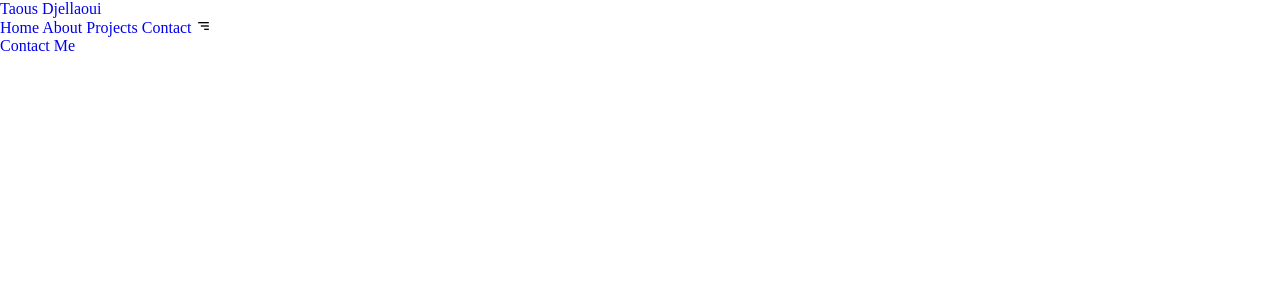
Repository: taousdjellaoui/portfolio-
Page: portfolio/index.html
These files come from the project's save history. The page is drawn as it stood at one moment and after the next save; the edit follows.
The browser window is 1280 px wide. The pictures show the whole page.

Above is the page before, as saved 2024-09-23 20:29:37.

After the next save:
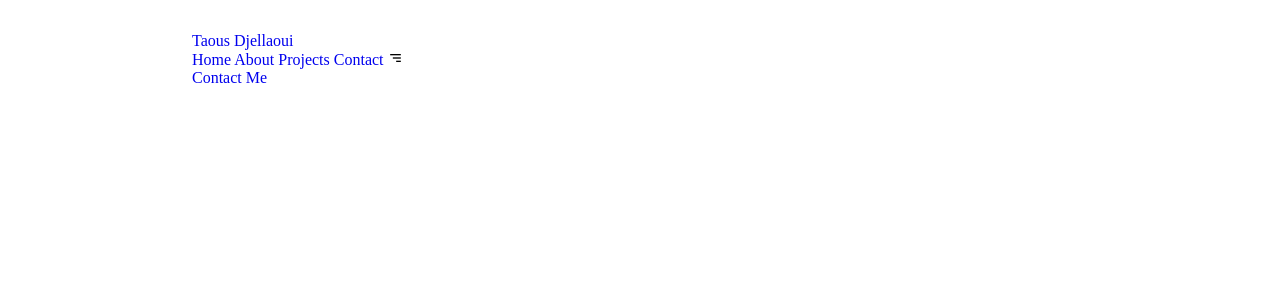
Saved 109 s later.
--- a/portfolio/style.css
+++ b/portfolio/style.css
@@ -11,3 +11,13 @@
   --background: rgb(24, 24, 24);
   --second-background: rgb(21, 21, 21);
 }
+body{
+  min-height: 100vh;
+  background-color: var (--background);
+}
+nav{
+position:fixed;
+top:0;
+width: 100%;
+padding: 2em 15%;
+}
